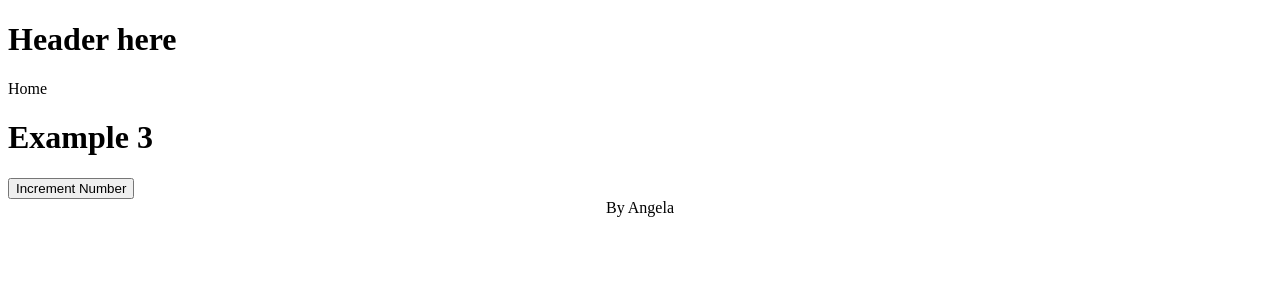
Repository: y-w-lee/class-3
Page: /ExampleThree
The author's editor kept a copy of each file at every save. The page is drawn from the files as they stood at one save, then again after a run of saves.
The browser window is 1280 px wide. The pictures show the whole page.
The project was rebuilt for these pictures with package versions that can differ from the ones it lists, and the page was loaded fresh each time. The framework's server and built-in components were replaced by stand-ins that run in the browser. Also part of the build but not shown: next.config.js.

Above is the page before, as saved 2024-01-18 00:20:37.

### pages/ExampleThree.js
import {useEffect, useState} from "react"
import Header from "@/components/Header"
import Footer from "@/components/Footer"

export default function ExampleThree() {

   const [number, setNumber] = useState(0);

   const colors = ["red", "orange", "yellow", "green", "blue" , "violet"];

   useEffect (() => {
        console.log("changing number value: " + colors[number]);
    }, [number])

    return (
        <>
        <Header/>
        <main>
            <h1>Example 3</h1>
            <button>Increment Number</button>
        </main>

        <Footer/>
        </>
    )
}

### styles/globals.css
:root {

}


a {
  color: inherit;
  text-decoration: none;
}

### components/Header/index.js
import Link from 'next/link'

export default function Header () {
    return (
        <header>
            <h1>Header here</h1>
            <Link href='/'>Home</Link>
        </header>
    )
}

### components/Footer/index.js
import styles from "./Footer.module.css"

export default function Footer () {
    return (
        <footer className={styles.footer}>
            By Angela
        </footer>
    )
}

### components/Footer/Footer.module.css
.footer {
    display: flex;
    justify-content: center;
}

Loaded but not shown: pages/_app.js (common file); pages/_document.js (common file)

After the next 3 saves:
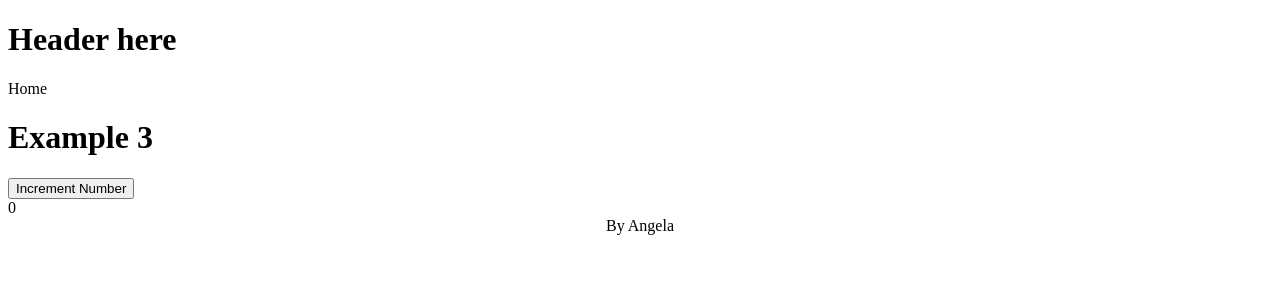
The 3 saves are shown as one change because they came seconds apart.
The last was saved 18 s later.
--- a/pages/ExampleThree.js
+++ b/pages/ExampleThree.js
@@ -18,6 +18,9 @@ export default function ExampleThree() {
         <main>
             <h1>Example 3</h1>
             <button>Increment Number</button>
+            <div>
+                {number}
+            </div>
         </main>
 
         <Footer/>
